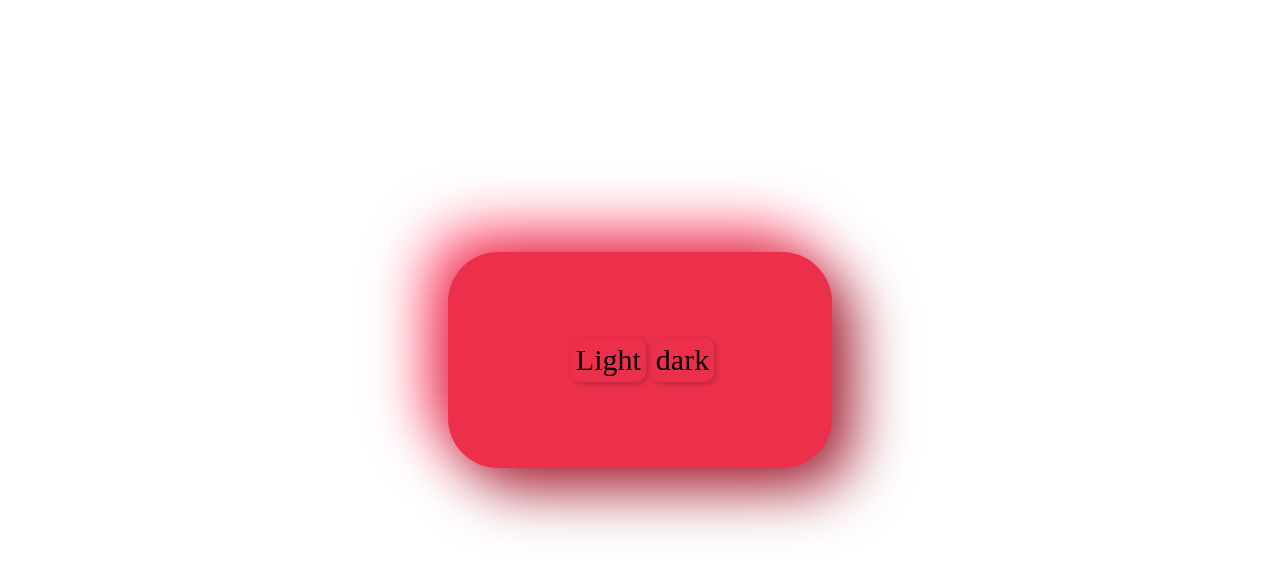
Repository: Yuukicoder/basicProject
Page: project1.html
These files come from the project's save history. The page is drawn as it stood at one moment and after the next save; the edit follows.
The browser window is 1280 px wide. The pictures show the whole page.
Some web fonts or font styles are not loaded; a fallback is used.

Above is the page before, as saved 2023-02-24 22:40:01.

After the next save:
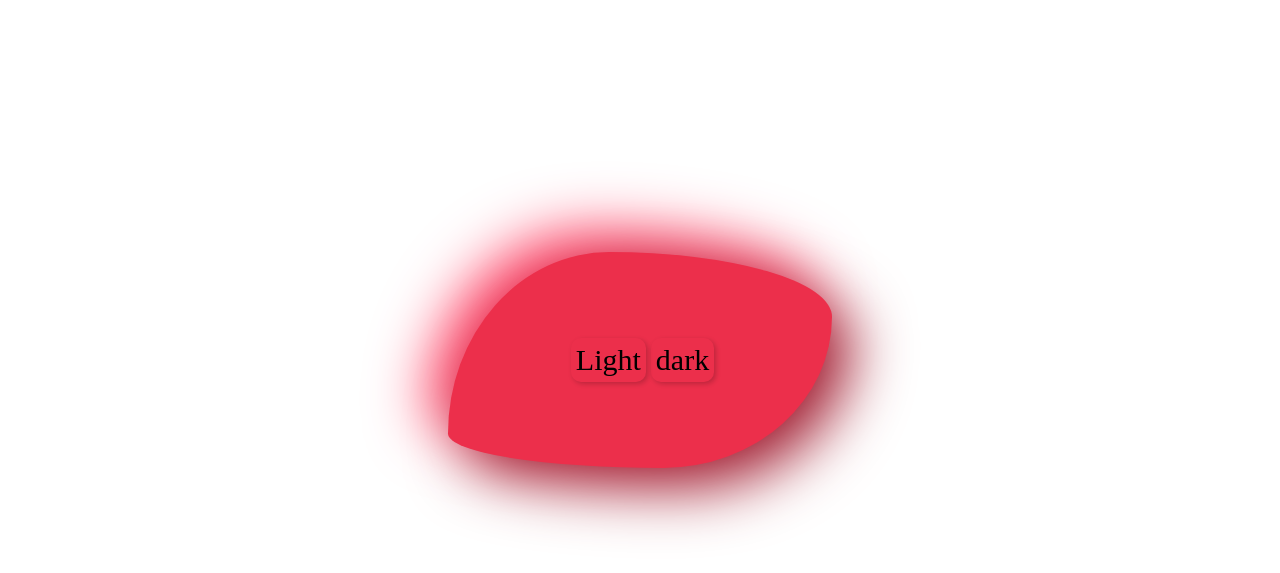
Saved 10 s later.
--- a/assets/css/project1.css
+++ b/assets/css/project1.css
@@ -28,7 +28,7 @@ body {
   display: flex;
   align-items: center;
   justify-content: center;
-  border-radius: 50px;
+  /* border-radius: 50px; */
   background: #ec2f4b;
   box-shadow: 20px 20px 60px #a02033, -20px -20px 60px #ff3e63;
 }
